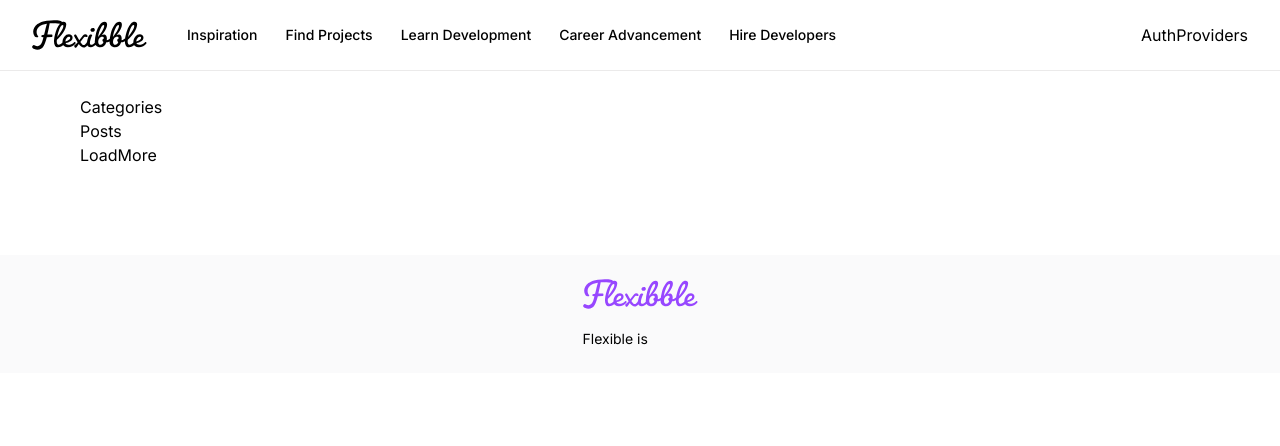
Repository: YUKIKAZE-nanoda/shigure_grafbase
Page: /
An editor plug-in stored every save of this project. The page is shown before and after a run of saves, followed by the edit.
The browser window is 1280 px wide. The pictures show the whole page.
The project was rebuilt for these pictures with package versions that can differ from the ones it lists, and the page was loaded fresh each time. The framework's server and built-in components were replaced by stand-ins that run in the browser. Also part of the build but not shown: next.config.js.

Above is the page before, as saved 2023-07-15 11:01:54.

After the next 5 saves:
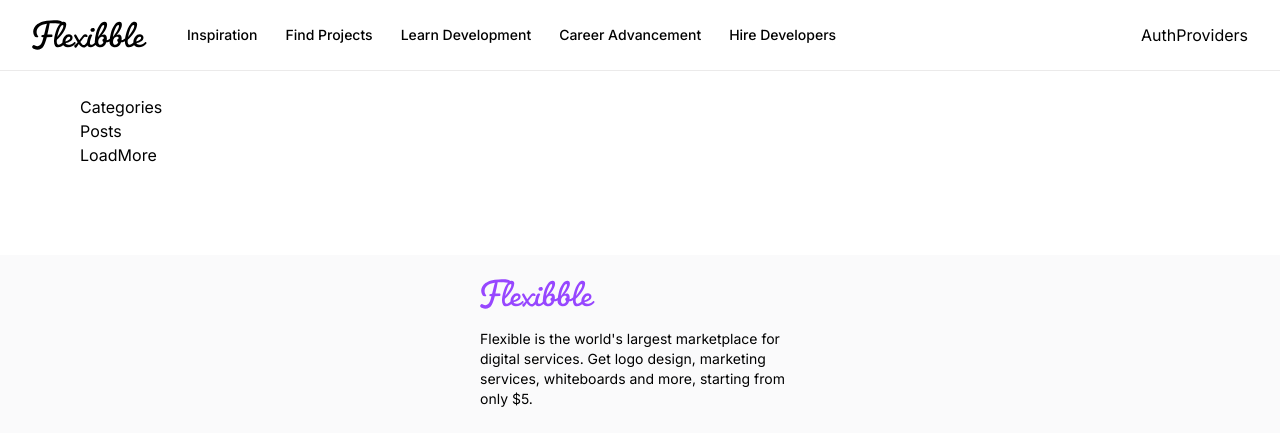
The 5 saves are shown as one change because they came seconds apart.
The last was saved 13 s later.
--- a/components/Footer.tsx
+++ b/components/Footer.tsx
@@ -1,18 +1,18 @@
 import React from "react";
 import Image from "next/image";
-const Footer=()=>{
+const Footer = () => {
     return <footer className="flexStart footer">
         <div className="flex flex-col gap-12 ">
             <div className=" flex items-start flex-col">
                 <Image
-                src="/logo-purple.svg"
-                width={115}
-                height={38}
-                alt="Flexibble"
+                    src="/logo-purple.svg"
+                    width={115}
+                    height={38}
+                    alt="Flexibble"
 
                 />
                 <p className="text-start text-sm font-normal mt-5 max-w-xs">
-                    Flexible is
+                    Flexible is the world's largest marketplace for digital services. Get logo design, marketing services, whiteboards and more, starting from only $5.
 
                 </p>
             </div>
